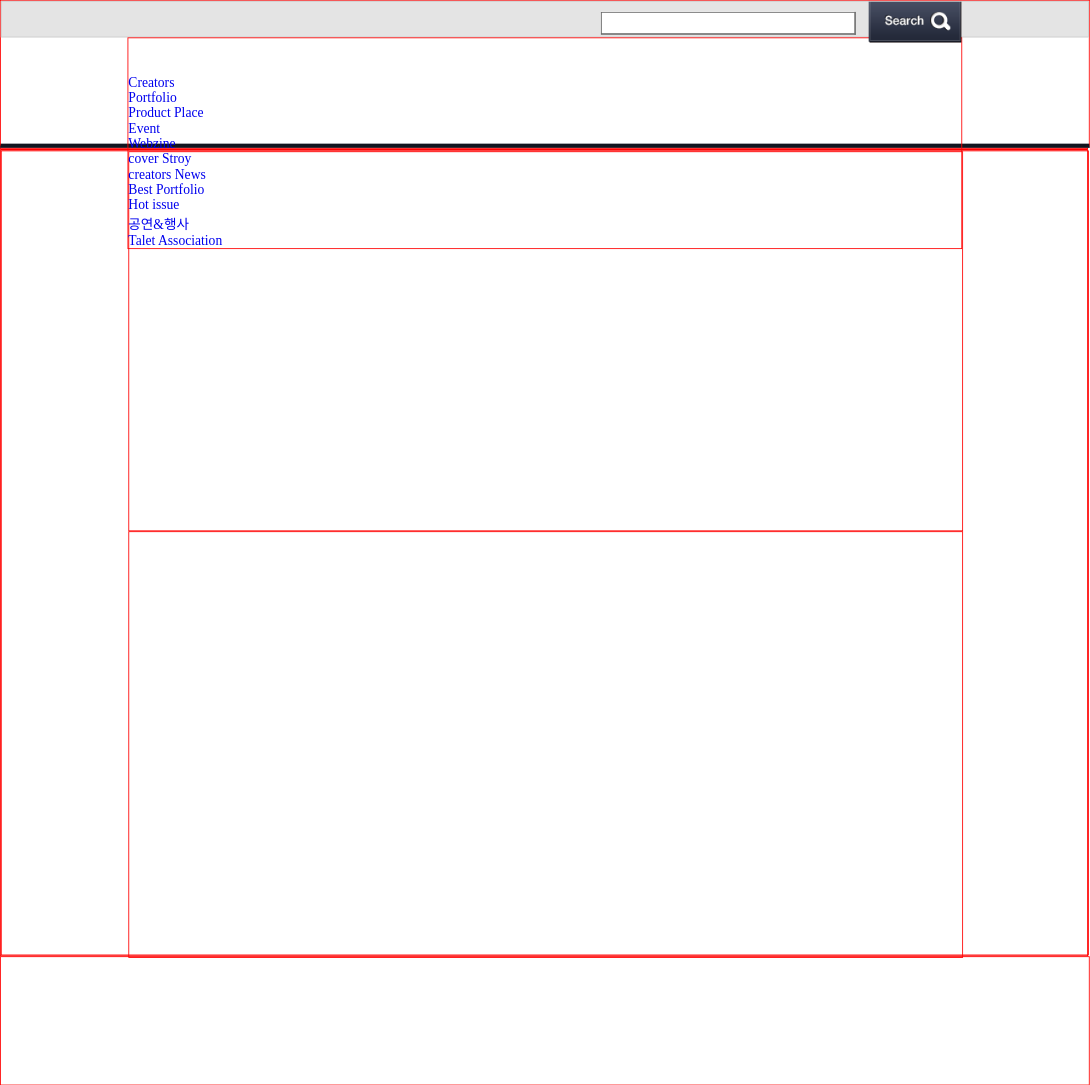
Repository: jungsoon-kim/home_study
Page: study/webzine.html
An editor plug-in stored every save of this project. The page is shown before and after the next save, followed by the edit.
The browser window is 1280 px wide. The page is 1282 px wide, so the pictures cover 1282 px, including what lies to the right of the window. The pictures show the whole page, at 85% of full size.

Above is the page before, as saved 2015-09-14 14:52:40.

After the next save:
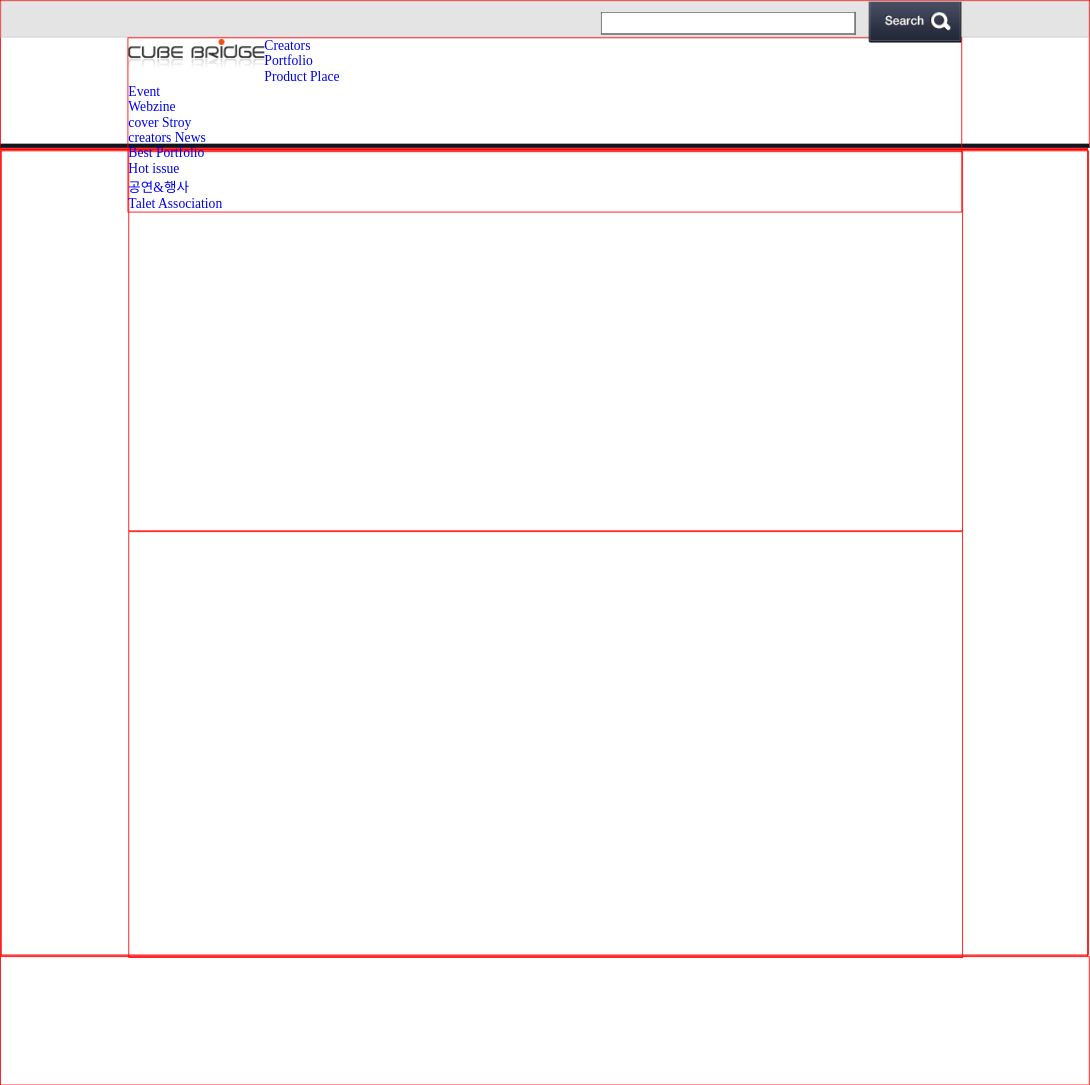
Saved 2 min 18 s later.
--- a/study/common.css
+++ b/study/common.css
@@ -23,7 +23,7 @@ fieldset {border:0 none;}
 .header-top .wrap fieldset input[type="text"] {width: 277px; height: 24px; padding:0 10px ;
  border-left: 1px solid #666; border-top: 1px solid #666; margin-right:11px; vertical-align:middle;}
 .header-top .wrap fieldset input[type="submit"] {width: 109px; height: 48px; /*vertical-align:top;*/ border:0 none; background:url(images/search_box.PNG)no-repeat ; text-indent:-9999px;}
-.wrap h1 {/*display:inline-block; width: 160px; height:35px; *//*background: url(images/cubebridge_logo.PNG)no-repeat;*/ text-indent:-9999px;}
+.wrap h1 {display:inline-block; float:left; *//*background: url(images/cubebridge_logo.PNG)no-repeat;*/ text-indent:-9999px;}
 .wrap
 
 
